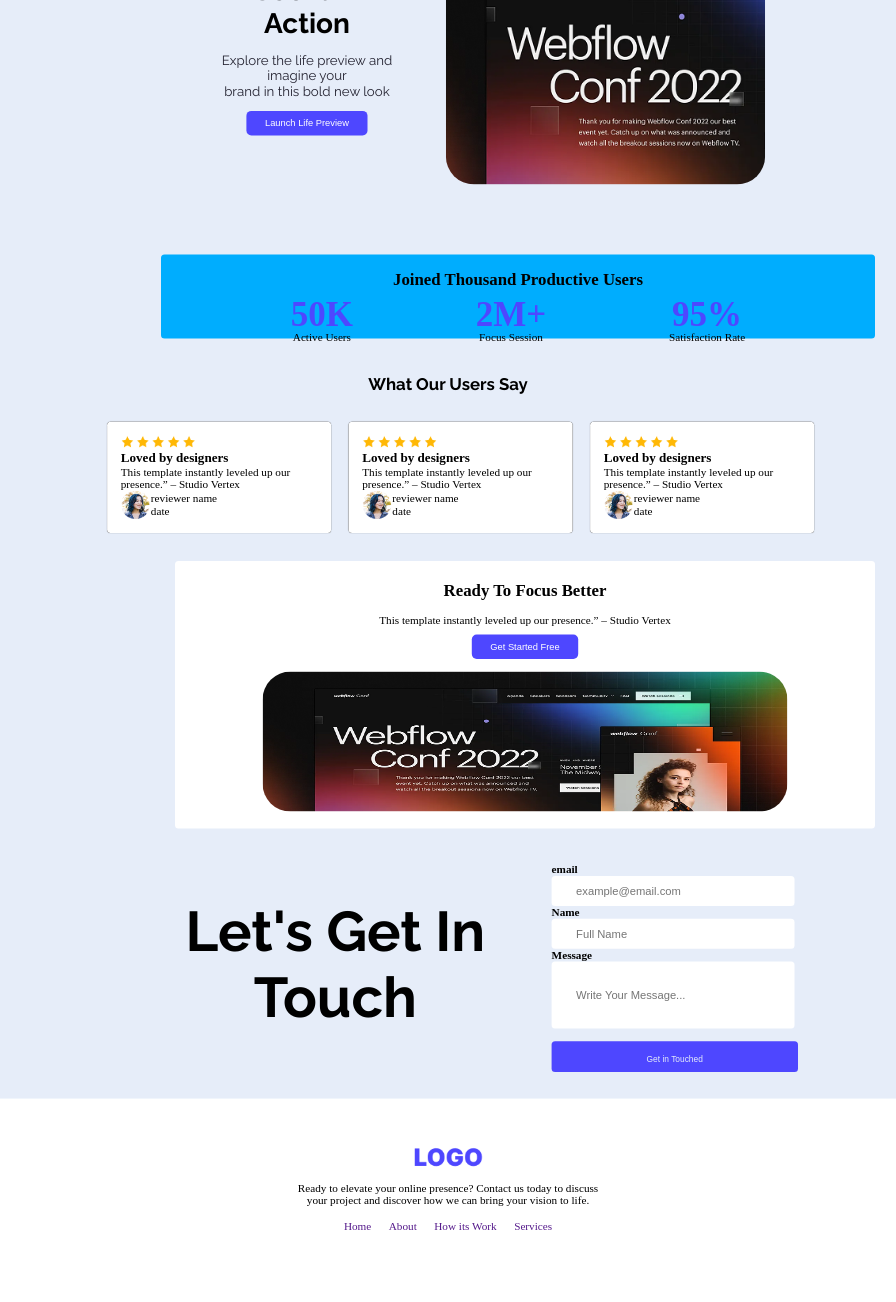
Repository: dollyrakhe22/landing-launchpad
Page: index.html
An editor plug-in stored every save of this project. The page is shown before and after the next save, followed by the edit.
The browser window is 1280 px wide. The pictures show the part of the page from y = 708 to 2628 px (the page is 2568 px tall before and 2628 px after), at 70% of full size.

Above is the page before, as saved 2025-07-11 13:58:11.

After the next save:
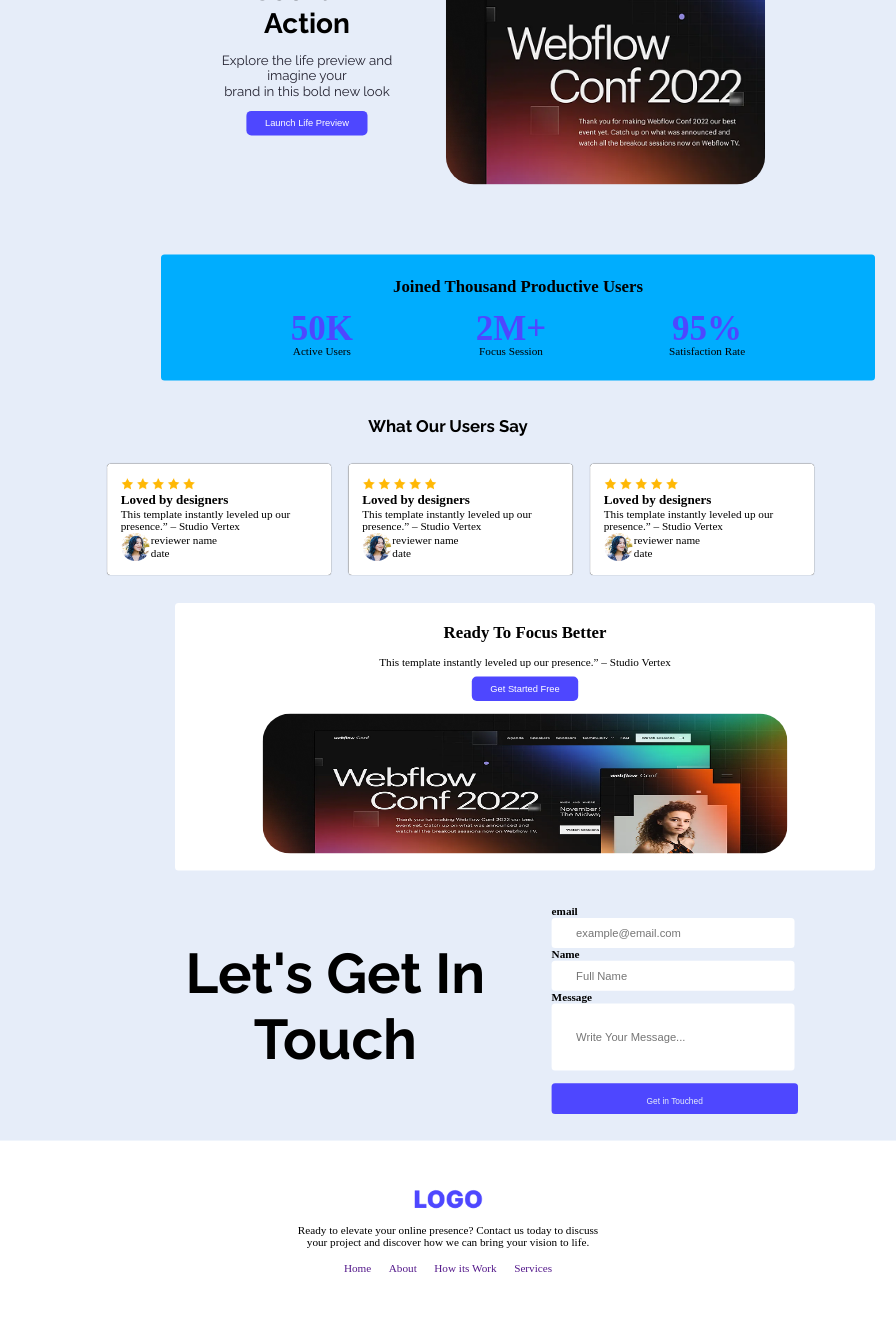
Saved 2 min 4 s later.
--- a/style.css
+++ b/style.css
@@ -105,10 +105,11 @@
 }
 .users-container{
     width: 100%;
-    height: 100px;
+    height: 160px;
 }
 .users-container h1{
     line-height: 50px;
+    padding-top: 10px;
 
 }
 .contain{
